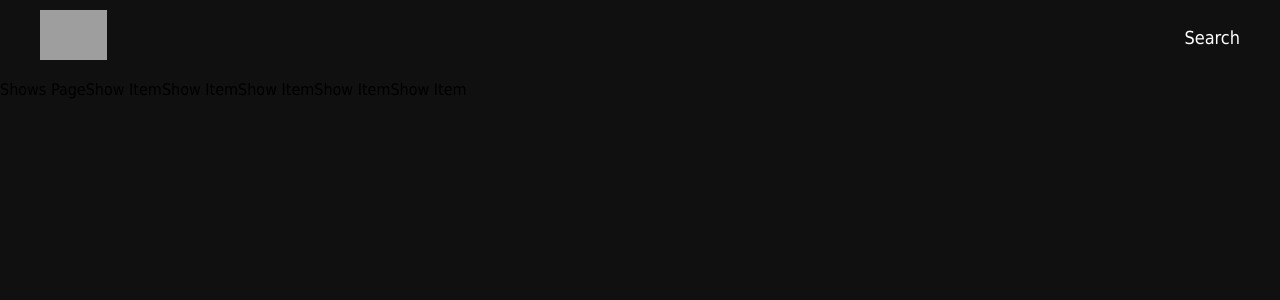
Repository: ahmedhamed15/React-Movies-App
Page: /#/show/1
The author's editor kept a copy of each file at every save. The page is drawn from the files as they stood at one save, then again after the next save.
The browser window is 1280 px wide. The pictures show the whole page.
Pictures or frames that could not be fetched are drawn as grey boxes. The project was rebuilt for these pictures with package versions that can differ from the ones it lists, and the page was loaded fresh each time. Also part of the build but not shown: src/Components/Search/Search.js, src/Pages/HomePage.js, src/Pages/SearchPage.js.

Above is the page before, as saved 2021-07-18 20:54:26.

### src/index.js
import React from 'react';
import ReactDOM from 'react-dom';
import './assets/index.css';
import App from './App';

ReactDOM.render(<App />,document.getElementById('root'));

### src/assets/index.css
body {
  padding: 0;
  margin: 0;
  background-color: rgb(17, 16, 16);
  padding-top: 80px;
  font-family: 'tahoma', arial;
}
.row {
  display: flex;
  flex-direction: row;
  flex-wrap: wrap;
}
.container {
  max-width: 1200px;
  margin: auto;
}
header {
  padding: 10px 0;
  position: fixed;
  top: 0;
  left: 0;
  right: 0;
}
header .row {
  align-items: center;
  justify-content: space-between;
}
.col {
  flex: 0 0 auto;
}
a {
  text-decoration: none;
}
header img {
  height: 50px;
}
header a {
  color: white;
  font-size: 18px;
}
header a:hover {
  color: #FFB03D
}
.text-center {
  text-align: center;
}
.search-content {
  background: url('./images/home-bg.jpg') no-repeat center center fixed;
  background-blend-mode: saturation;
}

### src/App.js
import {BrowserRouter as Router, Switch, Route} from "react-router-dom";
import Header from "./Components/Layouts/Header";
import HomePage from "./Pages/HomePage";
import ShowPage from "./Pages/ShowPage";
import SearchPage from "./Pages/SearchPage";
function App() {
  return (
    <>
      <Router basename="/#">
        <Header />

        <Switch>
          <Route path="/" exact component={HomePage} />
          <Route path="/search" component={SearchPage} />
          <Route path="/show/:id" component={ShowPage} />
        </Switch>

      </Router>
    </>
  );
}

export default App;

### src/Components/Layouts/Header.js
import React from 'react';
import {Link, NavLink} from 'react-router-dom';
import Logo from '../../assets/images/logo.png';

const Header = () => {
    return (
         <header className="header">
             <div className="container">
                 <div className="row">
                    <div className="col">
                        <NavLink to="/"> <img src={Logo} alt="" /> </NavLink>
                    </div>
                    <div className="col">
                        <Link to="/search"> Search </Link>
                    </div>
                 </div>
             </div>
         </header>
    )
}

export default Header

### src/Pages/ShowPage.js
import React from 'react'
import Show from '../Components/Shows/Show'
import ShowsList from '../Components/Shows/ShowsList'

const ShowPage = () => {
    return (
        <div>
            <Show />
            <ShowsList />
        </div>
    )
}
export default ShowPage;

### src/Components/Shows/Show.js
import React from 'react'

const Show = () => {
    return (
        <>
            Shows Page
        </>
    )
}

export default Show

### src/Components/Shows/ShowsList.js
import React from 'react'
import ShowItem from './ShowItem'

const ShowsList = () => {
    return (
        <>
            <ShowItem />
            <ShowItem />
            <ShowItem />
            <ShowItem />
            <ShowItem />
        </>
    )
}

export default ShowsList

### src/Components/Shows/ShowItem.js
import React from 'react'

const ShowItem = () => {
    return (
        <>
            Show Item
        </>
    )
}

export default ShowItem

Loaded but not shown: public/index.html (common file)

After the next save:
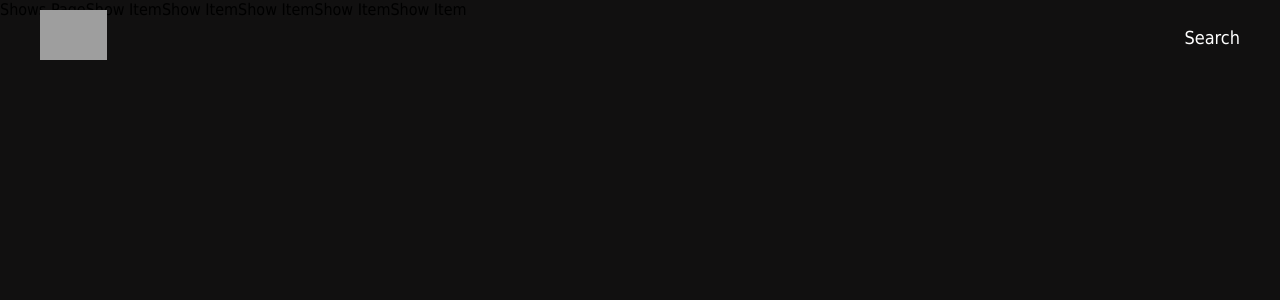
Saved 16 s later.
--- a/src/assets/index.css
+++ b/src/assets/index.css
@@ -2,7 +2,6 @@ body {
   padding: 0;
   margin: 0;
   background-color: rgb(17, 16, 16);
-  padding-top: 80px;
   font-family: 'tahoma', arial;
 }
 .row {
